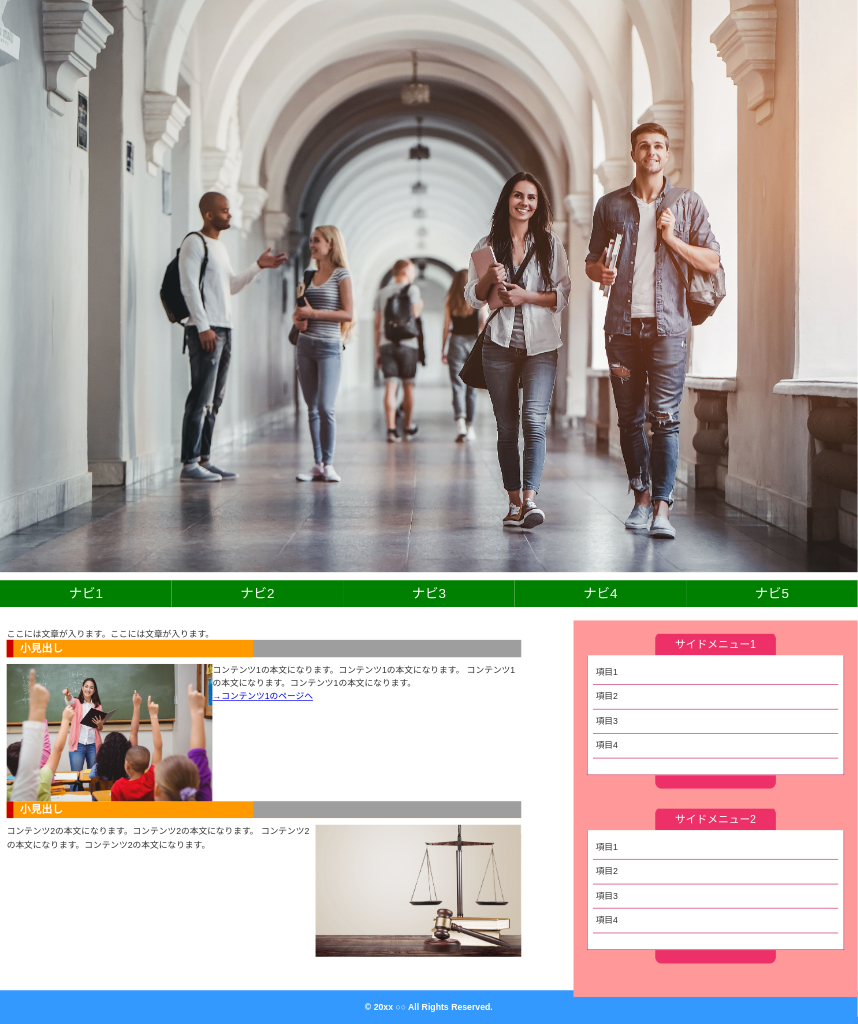
Repository: HeshaRI123/samurai_HTML-CSS
Page: index.html
The author's editor kept a record of every edit. The page is drawn from the files as they stood at one moment, then again after the next edit.
The browser window is 1280 px wide. The pictures show the whole page, at 67% of full size.
Pictures or frames that could not be fetched are drawn as grey boxes.

Above is the page before.

After the next edit:
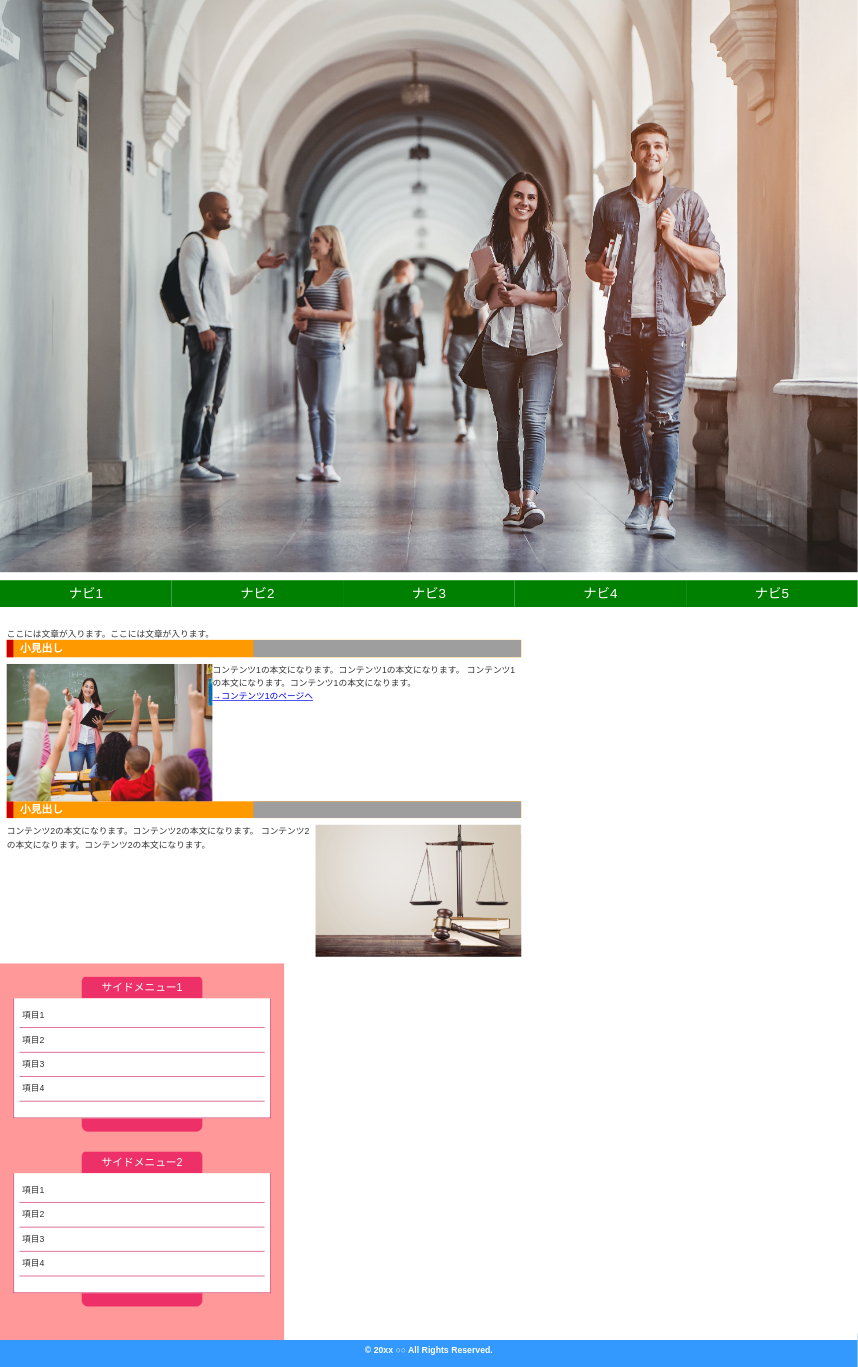
The edit:
--- a/stylesheet.css
+++ b/stylesheet.css
@@ -84,6 +84,8 @@
     padding: auto;
     padding-top: 20px;
     clear: both;
+    display: grid;
+    grid-template-colums: 70vw 30vw;
 }
 
 /*---------- main -------------*/
